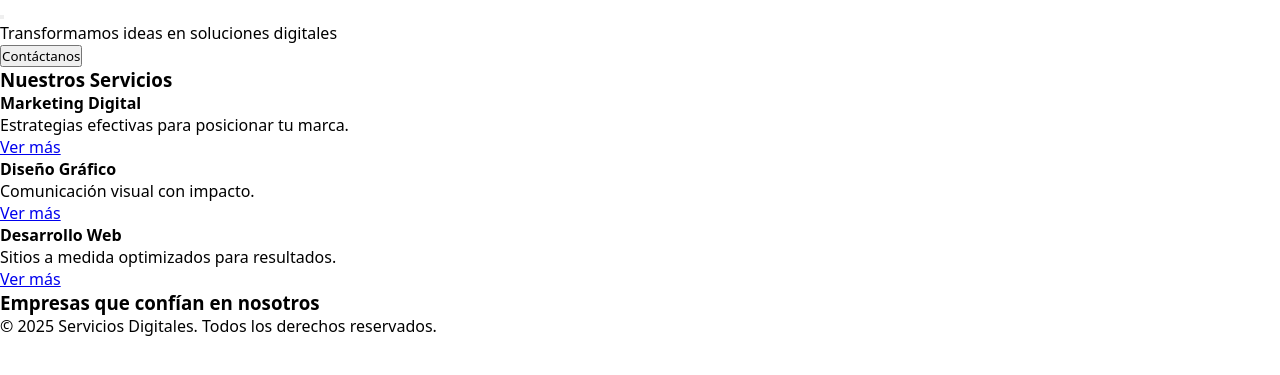
Repository: santinogarrone/TrabajoAgustin
Page: html/index.html
The author's editor kept a copy of each file at every save. The page is drawn from the files as they stood at one save, then again after the next save.
The browser window is 1280 px wide. The pictures show the whole page.

Above is the page before, as saved 2025-04-25 18:15:30.

After the next save:
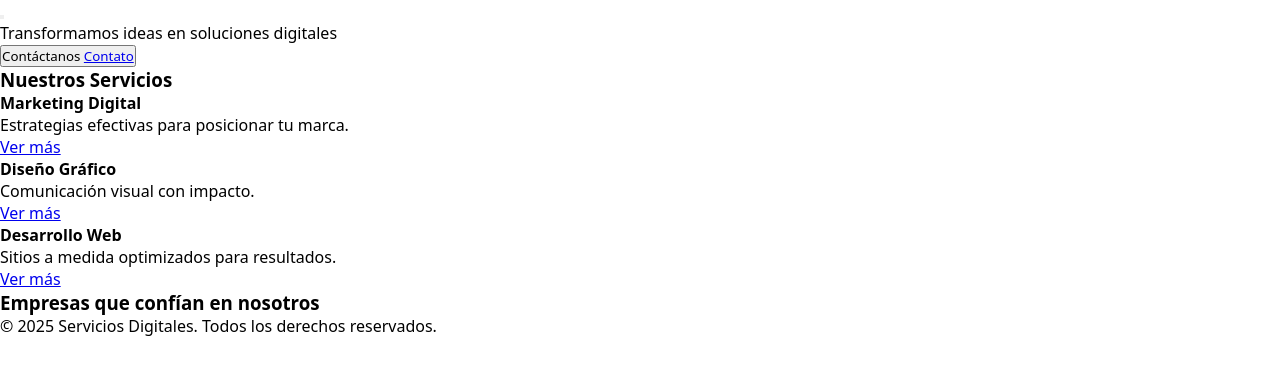
Saved 14 s later.
--- a/html/index.html
+++ b/html/index.html
@@ -29,7 +29,7 @@
 
                 <button class="boton-contactar">
                     Contáctanos
-                    <a href="../contacto.html"></a>
+                    <a href="../contacto.html">Contato</a>
                 </button>
             </div>
         </section>

After the save that followed:
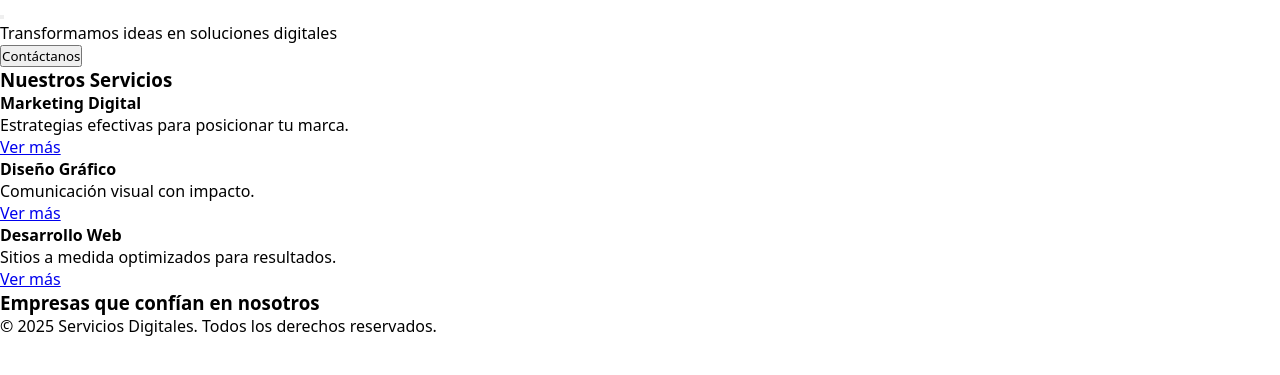
Saved 10 s later.
--- a/html/index.html
+++ b/html/index.html
@@ -29,7 +29,6 @@
 
                 <button class="boton-contactar">
                     Contáctanos
-                    <a href="../contacto.html">Contato</a>
                 </button>
             </div>
         </section>
